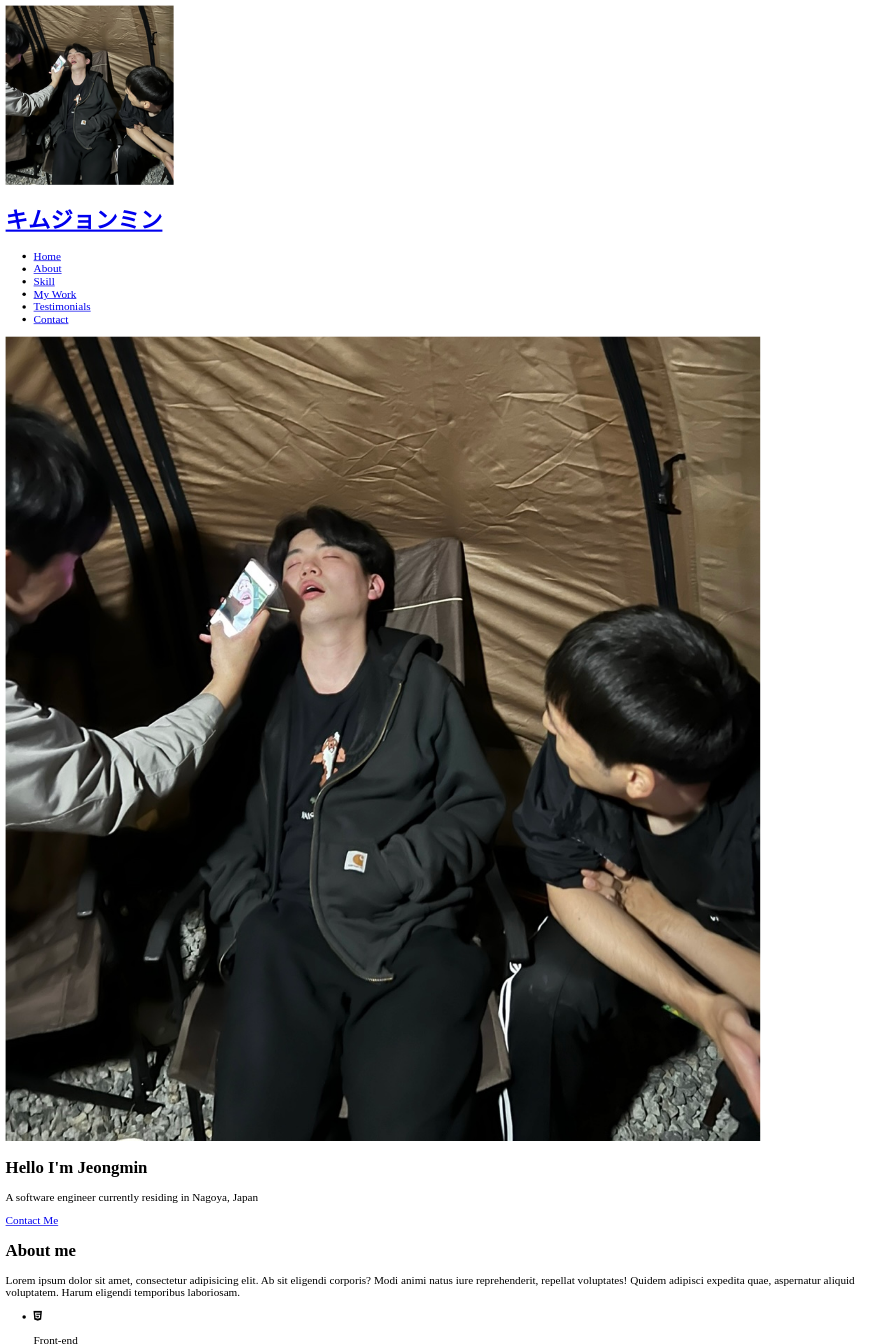
Repository: N1C0N1C0/Portfolio
Page: index.html
The author's editor kept a copy of each file at every save. The page is drawn from the files as they stood at one save, then again after the next save.
The browser window is 1280 px wide. The pictures show the part of the page from y = 0 to 1920 px (the page is 7268 px tall before and 7602 px after), at 70% of full size.
Some web libraries are served in a nearby version.

Above is the page before, as saved 2023-12-13 23:14:35.

After the next save:
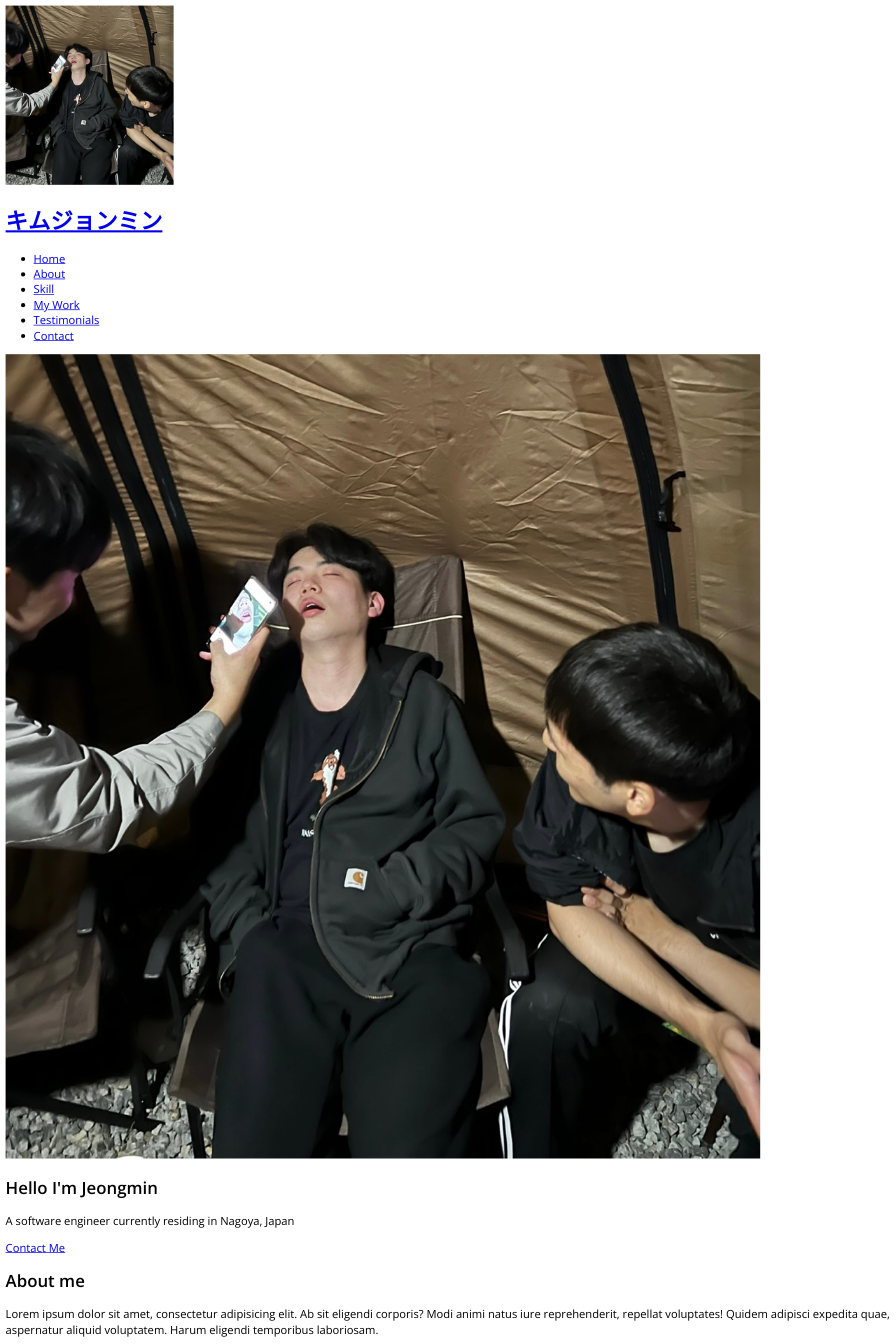
Saved 6 s later.
--- a/css/style.css
+++ b/css/style.css
@@ -13,5 +13,5 @@
 }
 
 body {
-    /* font-family: 'Open Sans', sans-serif; */
+    font-family: 'Open Sans', sans-serif;
 }

After the save that followed:
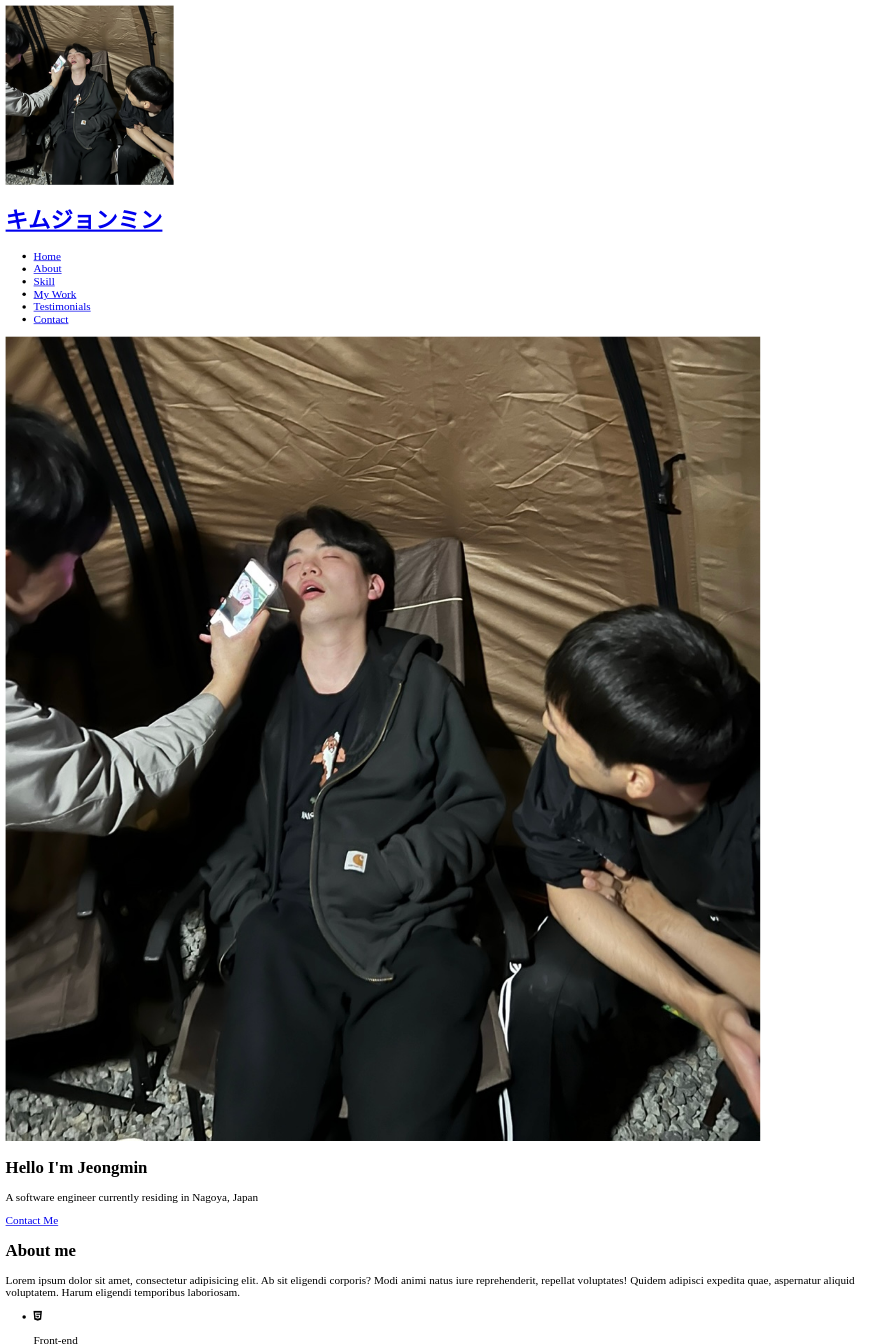
Saved 31 s later.
--- a/css/style.css
+++ b/css/style.css
@@ -13,5 +13,5 @@
 }
 
 body {
-    font-family: 'Open Sans', sans-serif;
+    /* font-family: 'Open Sans', sans-serif; */
 }
